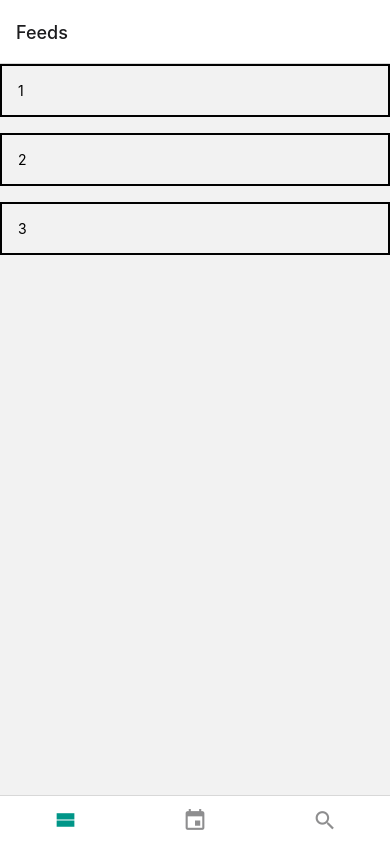
Repository: H-Rn-Study/haebzzang
Screen: / (app in DayLog/)
An editor plug-in stored every save of this project. The screen is shown before and after the next save, followed by the edit.
The app was drawn by React Native's web renderer in a window 390 px wide. The project was rebuilt for these pictures with package versions that can differ from the ones it lists, and the page was loaded fresh each time. Also part of the build but not shown: DayLog/screens/CalendarScreen.js, DayLog/screens/SearchScreen.js, DayLog/screens/WriteScreen.js.

Above is the screen before, as saved 2022-11-16 14:57:43.

After the next save:
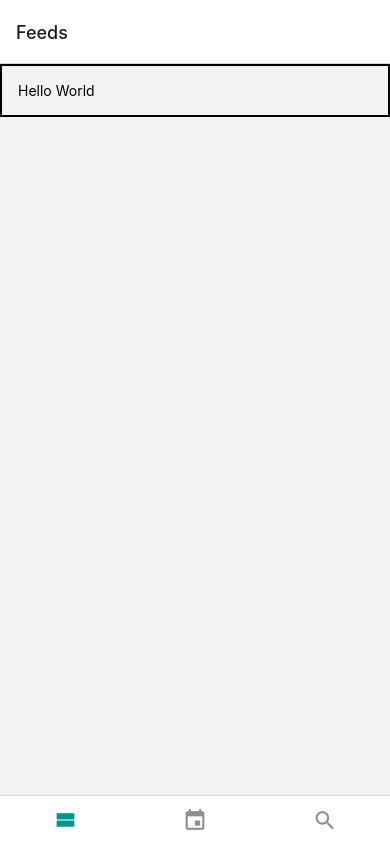
Saved 2 min 16 s later.
--- a/DayLog/screens/FeedsScreen.js
+++ b/DayLog/screens/FeedsScreen.js
@@ -6,20 +6,14 @@ function FeedsScreen() {
     return (
     <View style = {styles.block}>
         <Box>
-            <Text>1</Text>
-        </Box>
-        <Box>
-            <Text>2</Text>
-        </Box>
-        <Box>
-            <Text>3</Text>
+            {(value) => <Text>{value}</Text>}
         </Box>
     </View>
     );
 }
 
 function Box({children}) {
-    return <View style = {styles.box}>{children}</View>;
+    return <View style = {styles.box}>{children('Hello World')}</View>;
 }
 
 const styles = StyleSheet.create({
